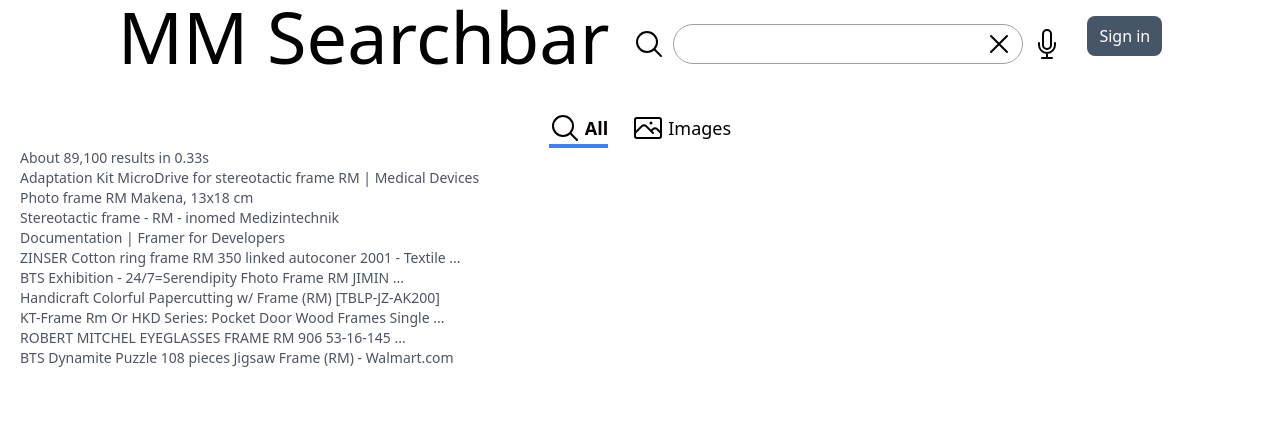
Repository: michalmilek/minigoogle
Page: /search
An editor plug-in stored every save of this project. The page is shown before and after the next save, followed by the edit.
The browser window is 1280 px wide. The pictures show the whole page.
The page's requests for data from a server got no answer. The project was rebuilt for these pictures with package versions that can differ from the ones it lists, and the page was loaded fresh each time. The framework's server and built-in components were replaced by stand-ins that run in the browser. No one was signed in, and anything a server would have sent is missing. Also part of the build but not shown: next.config.js, Response.ts.

Above is the page before, as saved 2023-02-14 01:38:57.

### pages/_app.tsx
import '@/styles/globals.css'
import type { AppProps } from 'next/app'
import { SessionProvider } from "next-auth/react";

export default function App({ Component, pageProps }: AppProps) {
  return (
    <SessionProvider
      // Provider options are not required but can be useful in situations where
      // you have a short session maxAge time. Shown here with default values.
      session={pageProps.session}>
      <Component {...pageProps} />
    </SessionProvider>
  );
}

### pages/search.tsx
import SearchHeader from "@/components/SearchHeader";
import Head from "next/head";
import React from "react";
import SearchOptions from "@/components/SearchOptions";
import { GetServerSideProps } from "next";
import Response from "@/Response";
import SearchResults from "@/components/SearchResults";
import { useRouter } from "next/router";

const search = ({ results }: any) => {
  console.log(results);
  const router = useRouter();
  return (
    <div className="flex flex-col">
      <Head>
        <title>Search page</title>
        <meta
          name="description"
          content="Generated by create next app"
        />
        <meta
          name="viewport"
          content="width=device-width, initial-scale=1"
        />
        <link
          rel="icon"
          href="/favicon.ico"
        />
      </Head>

      <SearchHeader />
      <SearchOptions />
      <SearchResults results={results} />
    </div>
  );
};

export default search;

export async function getServerSideProps(ctx: any) {
  const mockData = true;
  const data = mockData
    ? Response
    : await fetch(
        `https://www.googleapis.com/customsearch/v1?key=${
          process.env.NEXT_PUBLIC_GOOGLE_API_KEY
        }&cx=${process.env.NEXT_PUBLIC_CONTEXT_KEY}&q=${ctx.query.term}${
          ctx.query.searchType === "image" ? "&searchType=image" : ""
        }`
      ).then((response) => response.json());

  return {
    props: {
      results: data,
    },
  };
}

### components/SearchHeader.tsx
import React, { FormEvent, useRef } from "react";
import {
  MagnifyingGlassIcon,
  MicrophoneIcon,
  XMarkIcon,
} from "@heroicons/react/24/outline";
import { useRouter } from "next/router";
import User from "./User";

const SearchHeader = () => {
  const router = useRouter();
  const inputSearchRef = useRef<HTMLInputElement>(null);

  const clearInput = () => {
    inputSearchRef.current!.value = "";
  };

  const search = (e: FormEvent) => {
    e.preventDefault();
    const term = inputSearchRef.current?.value;
    if (!term?.trim()) return;
    router.push(`/search?term=${term.trim()}&searchType=`);
  };

  return (
    <header className="sticky top-0 left-0 bg-white flex flex-row py-auto items-center justify-center gap-6 px-2 md:px-0">
      <h1 className="text-3xl lg:text-7xl">MM Searchbar</h1>
      <form
        onSubmit={search}
        className="flex items-center justify-center mt-4">
        <div className="flex flex-grow flex-shrink gap-2 items-center justify-center">
          <button type="submit">
            <MagnifyingGlassIcon className="h-8 cursor-pointer" />
          </button>
          <div className="relative flex justify-center items-center w-[90%] md:w-[350px]">
            <input
              type="text"
              defaultValue={router.query.term}
              ref={inputSearchRef}
              className="border transition-all outline-none ring-0 focus:drop-shadow-2xl  text-base w-[100%] h-[100%] px-4 py-2 border-gray-400 rounded-full"
            />
            <XMarkIcon
              onClick={() => clearInput()}
              className="cursor-pointer h-8 absolute top-[50%] right-2 translate-y-[-50%]"
            />
          </div>
          <MicrophoneIcon className="h-8 cursor-pointer" />
        </div>
      </form>
      <User />
    </header>
  );
};

export default SearchHeader;

### components/SearchOptions.tsx
import React, { useState } from "react";
import SearchOption from "./SearchOption";
import { MagnifyingGlassIcon, PhotoIcon } from "@heroicons/react/24/outline";
import { useRouter } from "next/router";

const SearchOptions = () => {
  const router = useRouter();
  const [selected, setSelected] = useState("All");
  return (
    <div className="flex gap-6 select-none w-full justify-center mt-10">
      <SearchOption
        title="All"
        Icon={MagnifyingGlassIcon}
        selected={selected}
        setSelected={setSelected}
      />
      <SearchOption
        title="Images"
        Icon={PhotoIcon}
        selected={selected}
        setSelected={setSelected}
      />
    </div>
  );
};

export default SearchOptions;

### components/SearchResults.tsx
import React from "react";

const SearchResults = ({ results }: any) => {
  return (
    <div className="text-gray-600 text-sm w-screen pl-5">
      <p>
        About {results.searchInformation.formattedTotalResults} results in{" "}
        {results.searchInformation.formattedSearchTime}s
      </p>
      {results.items.map((result): any => (
        <div key={result.link}>
          <p>{result.title}</p>
        </div>
      ))}
    </div>
  );
};

export default SearchResults;

### components/User.tsx
import React from "react";
import { useSession, signIn, signOut } from "next-auth/react";

const User = () => {
  const { data: session } = useSession();
  return (
    <>
      {session ? (
        <img
          onClick={() => signOut()}
          src={session.user?.image!}
          alt={session.user?.name!}
          className="h-[50px] w-[50px] object-cover rounded-full"
        />
      ) : (
        <button
          className="bg-slate-600 text-white px-3 py-2 rounded-lg"
          onClick={() => signIn()}>
          Sign in
        </button>
      )}
    </>
  );
};

export default User;

### components/SearchOption.tsx
import { type } from "os";
import React, {
  Dispatch,
  ForwardRefExoticComponent,
  SetStateAction,
  SVGProps,
  useRef,
} from "react";
import { MagnifyingGlassIcon, PhotoIcon } from "@heroicons/react/24/outline";
import { useRouter } from "next/router";

type props = {
  title: string;
  Icon: React.ForwardRefExoticComponent<
    React.SVGProps<SVGSVGElement> & {
      title?: string | undefined;
      titleId?: string | undefined;
    }
  >;
  selected: string;
  setSelected: Dispatch<SetStateAction<string>>;
};

const SearchOption = ({ title, Icon, selected, setSelected }: props) => {
  const router = useRouter();
  const divRef = useRef<HTMLDivElement>(null);

  const selectTab = (title: any) => {
    if (title === "All") {
      setSelected("All");
      router.push(`/search?term=${router.query.term}&type=all`);
    }
    if (title === "Images") {
      router.push(`/search?term=${router.query.term}&type=image`);
      setSelected("Images");
    }
  };
  return (
    <div
      onClick={() => selectTab(title)}
      ref={divRef}
      className={`flex flex-col md:flex-row ${
        selected === title
          ? "border-b-blue-500 font-bold"
          : "border-b-transparent"
      } transition-all border-b-4 md:gap-1 items-center justify-center`}>
      <Icon className="h-5 md:h-8" />
      <p className="md:text-lg">{title}</p>
    </div>
  );
};

export default SearchOption;

Loaded but not shown: pages/_document.tsx (common file); styles/globals.css (common file); tailwind.config.js (common file)

After the next save:
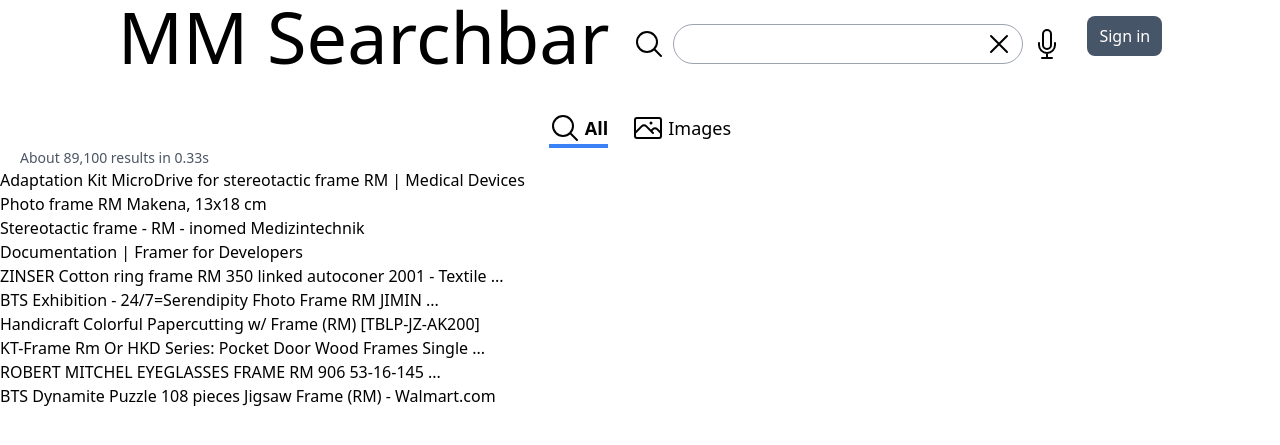
Saved 42 s later.
--- a/components/SearchResults.tsx
+++ b/components/SearchResults.tsx
@@ -2,8 +2,8 @@
 
 const SearchResults = ({ results }: any) => {
   return (
-    <div className="text-gray-600 text-sm w-screen pl-5">
-      <p>
+    <div className="w-screen">
+      <p className="text-gray-600 text-sm pl-5">
         About {results.searchInformation.formattedTotalResults} results in{" "}
         {results.searchInformation.formattedSearchTime}s
       </p>
